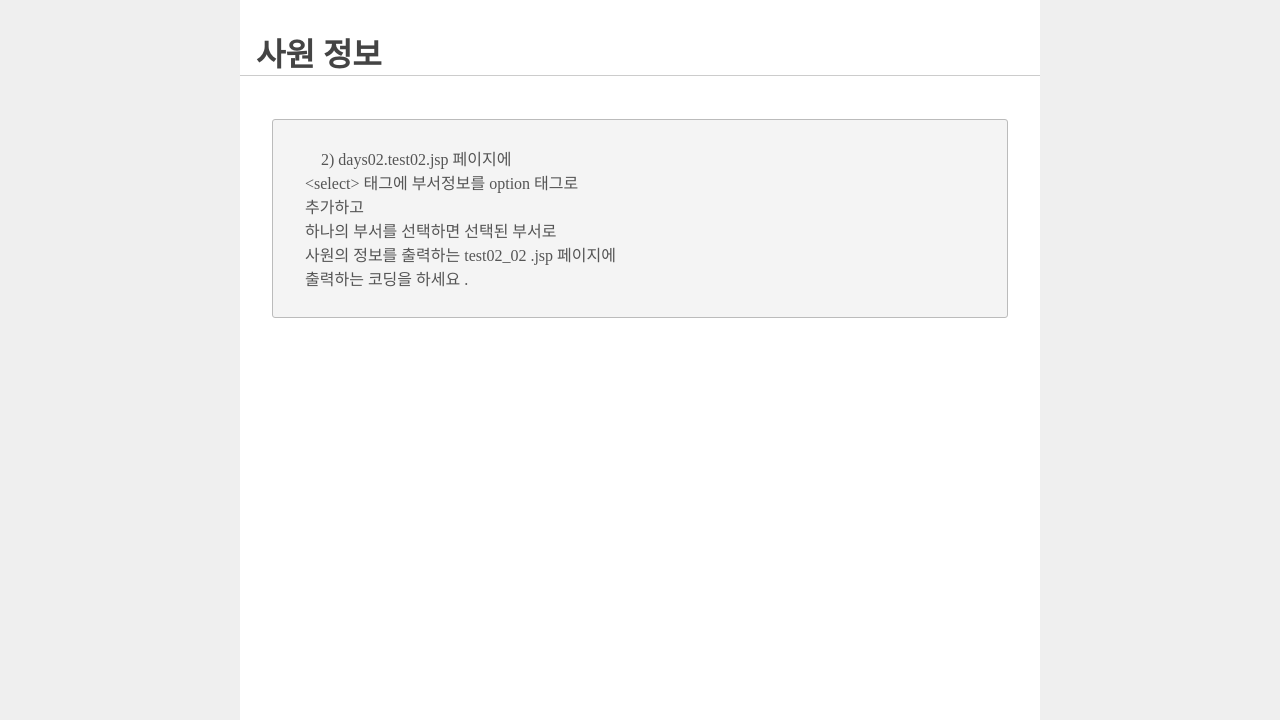
Repository: park-jiwoong/webClass
Page: http://localhost/jspPro/days02/test02_result.jsp
These files come from the project's save history. The page is drawn as it stood at one moment and after the next save; the edit follows.
The browser window is 1280 px wide. The pictures show the whole page.
Some web fonts or font styles are not loaded; a fallback is used. The page is served by Tomcat 9.

Above is the page before, as saved 2025-05-22 01:03:42.

After the next save:
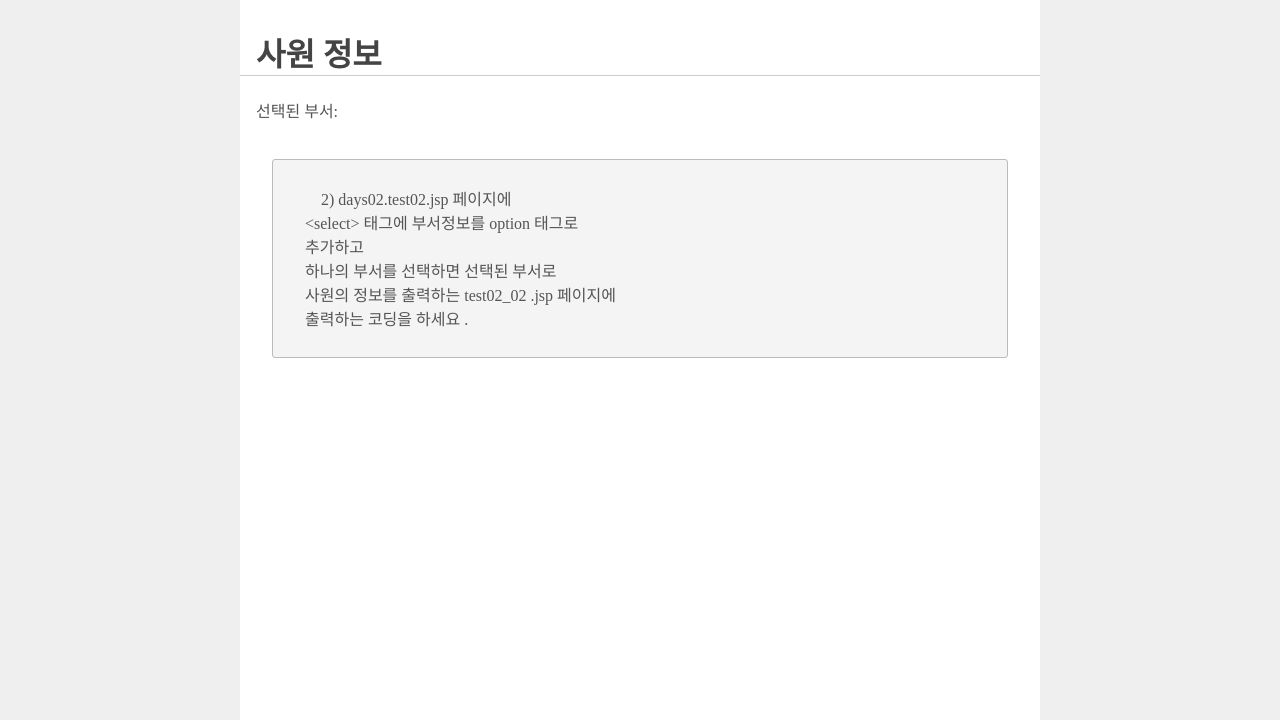
Saved 20 s later.
--- a/webPro/src/main/webapp/JSPClass/jspPro/src/main/webapp/days02/test02_result.jsp
+++ b/webPro/src/main/webapp/JSPClass/jspPro/src/main/webapp/days02/test02_result.jsp
@@ -17,6 +17,7 @@
 </head>
 <body>
 	<h1>사원 정보</h1>
+	<p>선택된 부서: </p>
 <div>
     <xmp class="code">
 	2) days02.test02.jsp 페이지에
